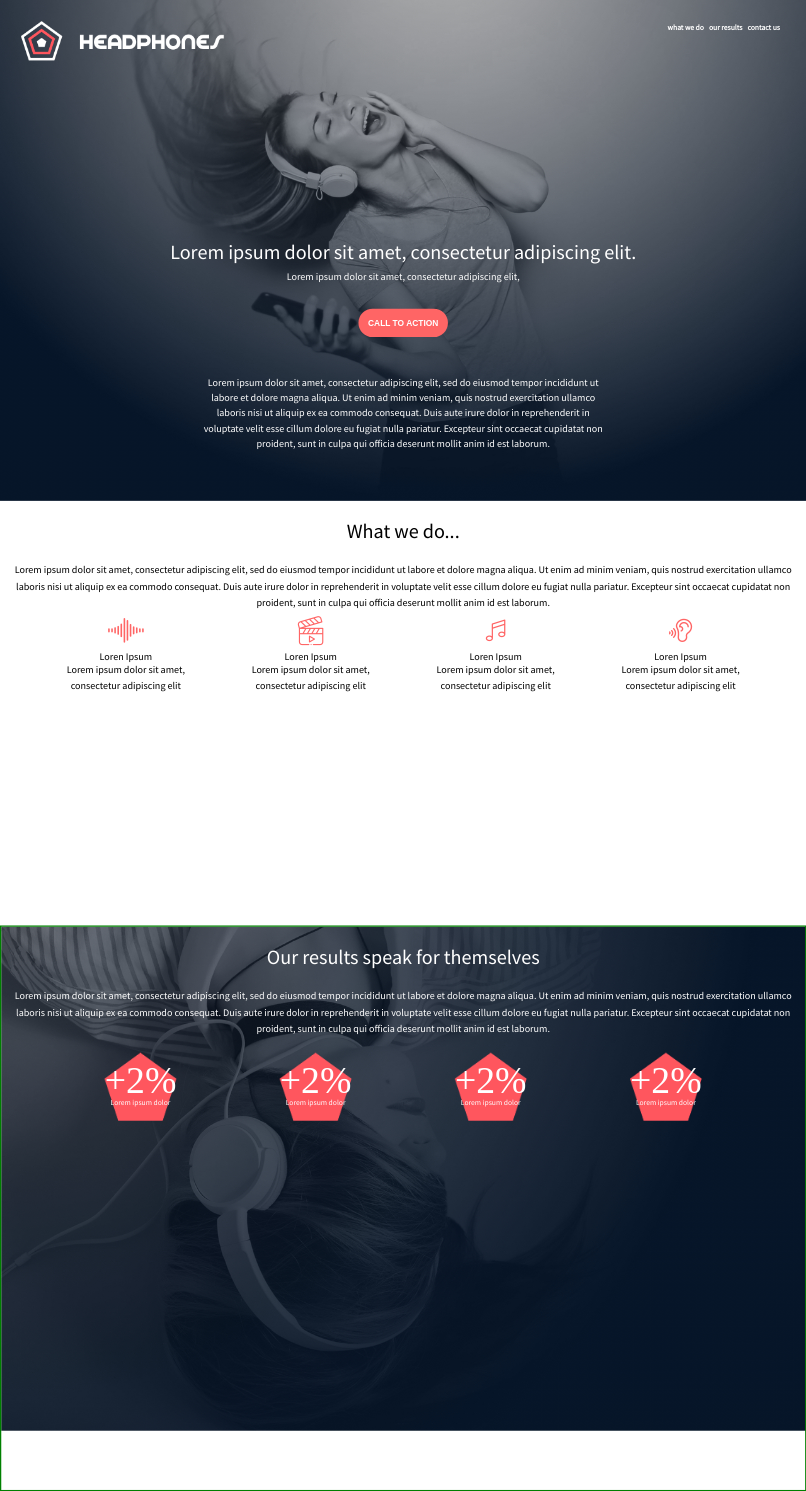
Repository: seleniadelgado/holbertonschool-web_front_end
Page: 0x09-implement_a_design_from_scratch/2-index.html
These files come from the project's save history. The page is drawn as it stood at one moment and after the next save; the edit follows.
The browser window is 1280 px wide. The pictures show the whole page, at 63% of full size.

Above is the page before, as saved 2020-03-23 12:40:34.

After the next save:
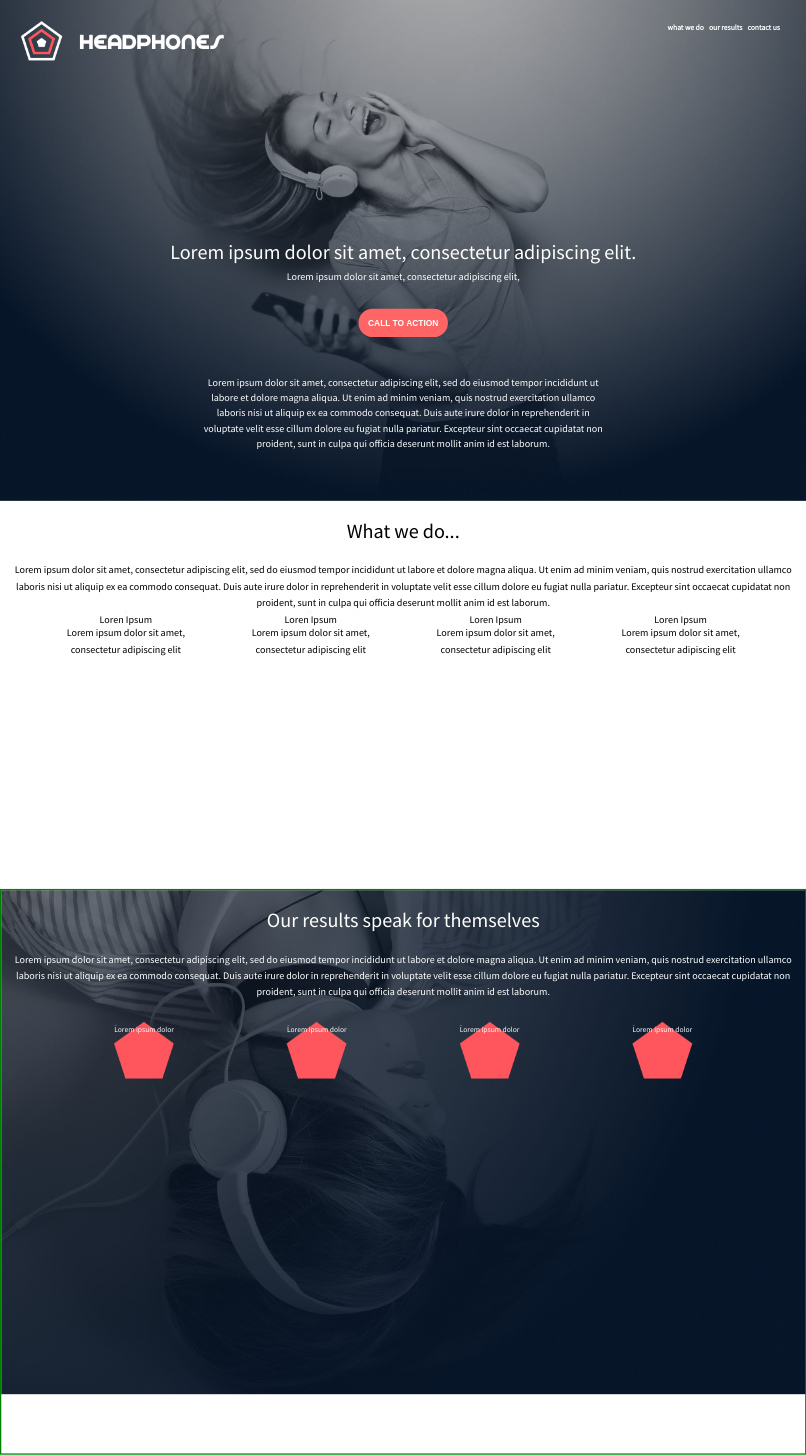
Saved 5 s later.
--- a/0x09-implement_a_design_from_scratch/2-styles.css
+++ b/0x09-implement_a_design_from_scratch/2-styles.css
@@ -3,7 +3,7 @@
     --font-size-sm: 12px;
     --font-size-md: 16px;
     --font-size-lg: 32px;
-    --font-size-xl: 60px;
+    --font-size-xl: 2px;
     --font-size-button: 14px;
     --color-primary-red: #FF6565;
     --color-body-white: white;
